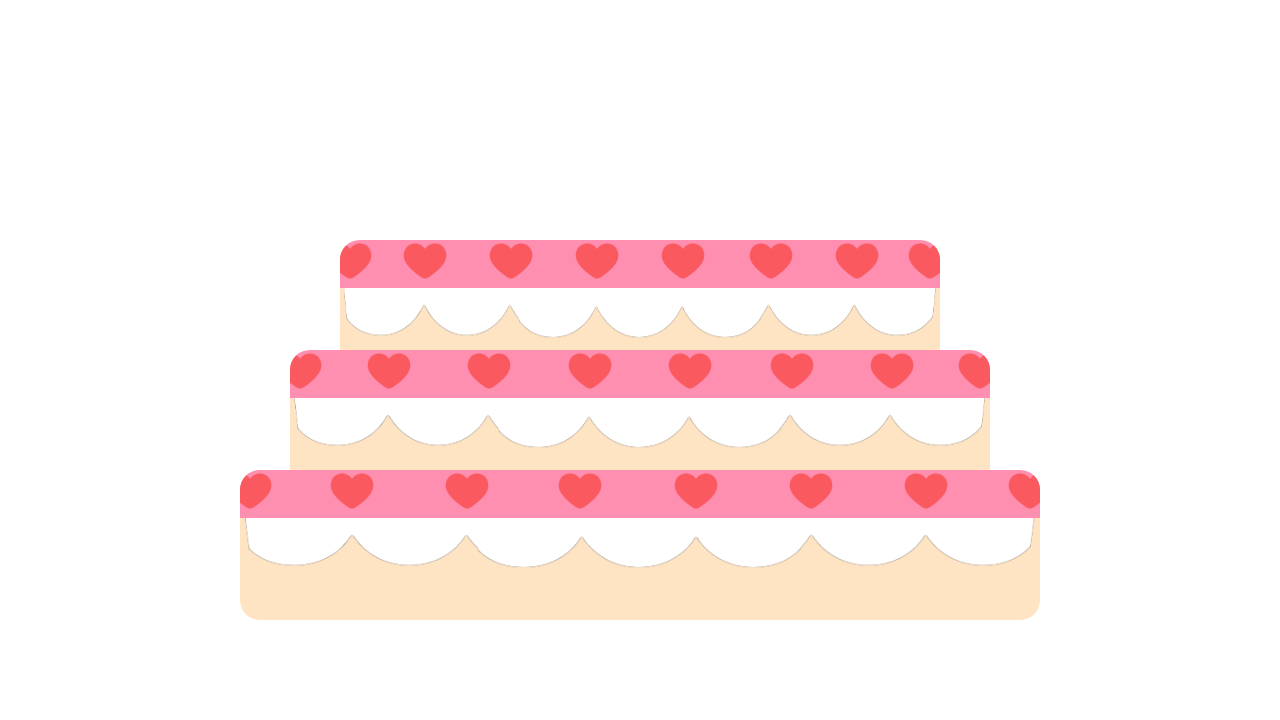
Repository: iphoneboy46/happybirthday
Page: index.html
The author's editor kept a copy of each file at every save. The page is drawn from the files as they stood at one save, then again after the next save.
The browser window is 1280 px wide. The pictures show the whole page.

Above is the page before, as saved 2022-11-28 15:22:23.

### index.html
<!DOCTYPE html>
<html lang="en">
  <head>
    <meta charset="UTF-8" />
    <meta http-equiv="X-UA-Compatible" content="IE=edge" />
    <meta name="viewport" content="width=device-width, initial-scale=1.0" />
    <title>Happy Birthday</title>
    <link rel="stylesheet" href="style.css" />
  </head>
  <body>
    <div class="container">
      <div class="cake">
        <div class="top--cake">
          <div class="img-wavy">
            <img src="image/img1.png" alt="" />
          </div>

          <div class="img-heart-1--top">
            <img src="image/heart.png" alt="" />
          </div>
          <div class="img-heart-2--top">
            <img src="image/heart.png" alt="" />
          </div>
          <div class="img-heart-3--top">
            <img src="image/heart.png" alt="" />
          </div>
          <div class="img-heart-4--top">
            <img src="image/heart.png" alt="" />
          </div>
          <div class="img-heart-5--top">
            <img src="image/heart.png" alt="" />
          </div>
          <div class="img-heart-6--top">
            <img src="image/heart.png" alt="" />
          </div>
          <div class="img-heart-7--top">
            <img src="image/heart.png" alt="" />
          </div>
          <div class="img-heart-8--top">
            <img src="image/heart.png" alt="" />
          </div>

          <div class="border-cake"></div>
        </div>
        <div class="center--cake">
          <div class="img-wavy">
            <img src="image/img1.png" alt="" />
          </div>
          <div class="img-heart-1--center">
            <img src="image/heart.png" alt="" />
          </div>
          <div class="img-heart-2--center">
            <img src="image/heart.png" alt="" />
          </div>
          <div class="img-heart-3--center">
            <img src="image/heart.png" alt="" />
          </div>
          <div class="img-heart-4--center">
            <img src="image/heart.png" alt="" />
          </div>
          <div class="img-heart-5--center">
            <img src="image/heart.png" alt="" />
          </div>
          <div class="img-heart-6--center">
            <img src="image/heart.png" alt="" />
          </div>
          <div class="img-heart-7--center">
            <img src="image/heart.png" alt="" />
          </div>
          <div class="img-heart-8--center">
            <img src="image/heart.png" alt="" />
          </div>

          <div class="border-cake"></div>
        </div>
        <div class="bottom--cake">
          <div class="img-wavy">
            <img src="image/img1.png" alt="" />
          </div>

          <div class="img-heart-1">
            <img src="image/heart.png" alt="" />
          </div>
          <div class="img-heart-2">
            <img src="image/heart.png" alt="" />
          </div>
          <div class="img-heart-3">
            <img src="image/heart.png" alt="" />
          </div>
          <div class="img-heart-4">
            <img src="image/heart.png" alt="" />
          </div>
          <div class="img-heart-5">
            <img src="image/heart.png" alt="" />
          </div>
          <div class="img-heart-6">
            <img src="image/heart.png" alt="" />
          </div>
          <div class="img-heart-7">
            <img src="image/heart.png" alt="" />
          </div>
          <div class="img-heart-8">
            <img src="image/heart.png" alt="" />
          </div>

          <div class="border-cake"></div>
        </div>
      </div>
    </div>
  </body>
</html>

### style.css
*{
    padding: 0;
    margin: 0;
    box-sizing: border-box;
}

.container{
   width: 100%;

   height: 100vh;
   display: flex;
   justify-content: center;
   align-items: flex-end;
}

.cake{
    display: flex;
    flex-direction: column;
    justify-content:center;
    align-items:center
}


.top--cake{
    position: relative;
    overflow: hidden;
    width: 600px;
    height:110px;
    background-color: bisque;
    border-top-left-radius:20px;
    border-top-right-radius:20px;

}



.center--cake{
    position: relative;
    overflow: hidden;
    width: 700px;
    height:120px;
    background-color: bisque;
    border-top-left-radius:20px;
    border-top-right-radius:20px;

}


.bottom--cake{
    position: relative;
    overflow: hidden;
    width: 800px;
    height:150px;
    background-color: bisque;
    border-radius:20px;
    margin-bottom: 100px;
}



.img-wavy{
    width: 100%;
    height: 100px;
}

.img-wavy img{
    width: 100%;
    height: 100%;
}

.img-heart-1{
    z-index: 3;
    position: absolute;
    top: -4px;
    left: -15px;
    width:50px;
    height:50px;
}


.img-heart-1 img{
    width: 100%;
    height: 100%;
}

.img-heart-2{
    z-index: 3;
    position: absolute;
    top: -4px;
    left: 87px;
    width:50px;
    height:50px;
}


.img-heart-2 img{
    width: 100%;
    height: 100%;
}


.img-heart-3{
    z-index: 3;
    position: absolute;
    top: -4px;
    left: 202px;
    width:50px;
    height:50px;
}


.img-heart-3 img{
    width: 100%;
    height: 100%;
}

.img-heart-4{
    z-index: 3;
    position: absolute;
    top: -4px;
    left: 315px;
    width:50px;
    height:50px;
}


.img-heart-4 img{
    width: 100%;
    height: 100%;
}

.img-heart-5{
    z-index: 3;
    position: absolute;
    top: -4px;
    left: 431px;
    width:50px;
    height:50px;
}


.img-heart-5 img{
    width: 100%;
    height: 100%;
}

.img-heart-6{
    z-index: 3;
    position: absolute;
    top: -4px;
    left: 546px;
    width:50px;
    height:50px;
}


.img-heart-6 img{
    width: 100%;
    height: 100%;
}

.img-heart-7{
    z-index: 3;
    position: absolute;
    top: -4px;
    left: 661px;
    width:50px;
    height:50px;
}


.img-heart-7 img{
    width: 100%;
    height: 100%;
}

.img-heart-8{
    z-index: 3;
    position: absolute;
    top: -4px;
    right: -15px;
    width:50px;
    height:50px;
}


.img-heart-8 img{
    width: 100%;
    height: 100%;
}



.border-cake{
    z-index: 2;
    position: absolute;
    top: 0;
    width: 100%;
    height: 48px;
    background-color: #FF8FB1;
}


.img-heart-1--center{
    z-index: 3;
    position: absolute;
    top: -4px;
    left: -15px;
    width:50px;
    height:50px;
}


.img-heart-1--center img{
    width: 100%;
    height: 100%;
}

.img-heart-2--center{
    z-index: 3;
    position: absolute;
    top: -4px;
    left: 74px;
    width:50px;
    height:50px;
}


.img-heart-2--center img{
    width: 100%;
    height: 100%;
}


.img-heart-3--center{
    z-index: 3;
    position: absolute;
    top: -4px;
    left: 174px;
    width:50px;
    height:50px;
}


.img-heart-3--center img{
    width: 100%;
    height: 100%;
}

.img-heart-4--center{
    z-index: 3;
    position: absolute;
    top: -4px;
    left: 275px;
    width:50px;
    height:50px;
}


.img-heart-4--center img{
    width: 100%;
    height: 100%;
}

.img-heart-5--center{
    z-index: 3;
    position: absolute;
    top: -4px;
    left: 375px;
    width:50px;
    height:50px;
}


.img-heart-5--center img{
    width: 100%;
    height: 100%;
}

.img-heart-6--center{
    z-index: 3;
    position: absolute;
    top: -4px;
    left: 477px;
    width:50px;
    height:50px;
}


.img-heart-6--center img{
    width: 100%;
    height: 100%;
}

.img-heart-7--center{
    z-index: 3;
    position: absolute;
    top: -4px;
    left: 577px;
    width:50px;
    height:50px;
}


.img-heart-7--center img{
    width: 100%;
    height: 100%;
}

.img-heart-8--center{
    z-index: 3;
    position: absolute;
    top: -4px;
    right: -15px;
    width:50px;
    height:50px;
}


.img-heart-8--center img{
    width: 100%;
    height: 100%;
}


.img-heart-1--top{
    z-index: 3;
    position: absolute;
    top: -4px;
    left: -15px;
    width:50px;
    height:50px;
}


.img-heart-1--top img{
    width: 100%;
    height: 100%;
}

.img-heart-2--top{
    z-index: 3;
    position: absolute;
    top: -4px;
    left: 60px;
    width:50px;
    height:50px;
}


.img-heart-2--top img{
    width: 100%;
    height: 100%;
}


.img-heart-3--top{
    z-index: 3;
    position: absolute;
    top: -4px;
    left: 146px;
    width:50px;
    height:50px;
}


.img-heart-3--top img{
    width: 100%;
    height: 100%;
}

.img-heart-4--top{
    z-index: 3;
    position: absolute;
    top: -4px;
    left: 232px;
    width:50px;
    height:50px;
}


.img-heart-4--top img{
    width: 100%;
    height: 100%;
}

.img-heart-5--top{
    z-index: 3;
    position: absolute;
    top: -4px;
    left: 318px;
    width:50px;
    height:50px;
}


.img-heart-5--top img{
    width: 100%;
    height: 100%;
}

.img-heart-6--top{
    z-index: 3;
    position: absolute;
    top: -4px;
    left: 406px;
    width:50px;
    height:50px;
}


.img-heart-6--top img{
    width: 100%;
    height: 100%;
}

.img-heart-7--top{
    z-index: 3;
    position: absolute;
    top: -4px;
    left: 492px;
    width:50px;
    height:50px;
}


.img-heart-7--top img{
    width: 100%;
    height: 100%;
}

.img-heart-8--top{
    z-index: 3;
    position: absolute;
    top: -4px;
    right: -15px;
    width:50px;
    height:50px;
}


.img-heart-8--top img{
    width: 100%;
    height: 100%;
}

After the next save:
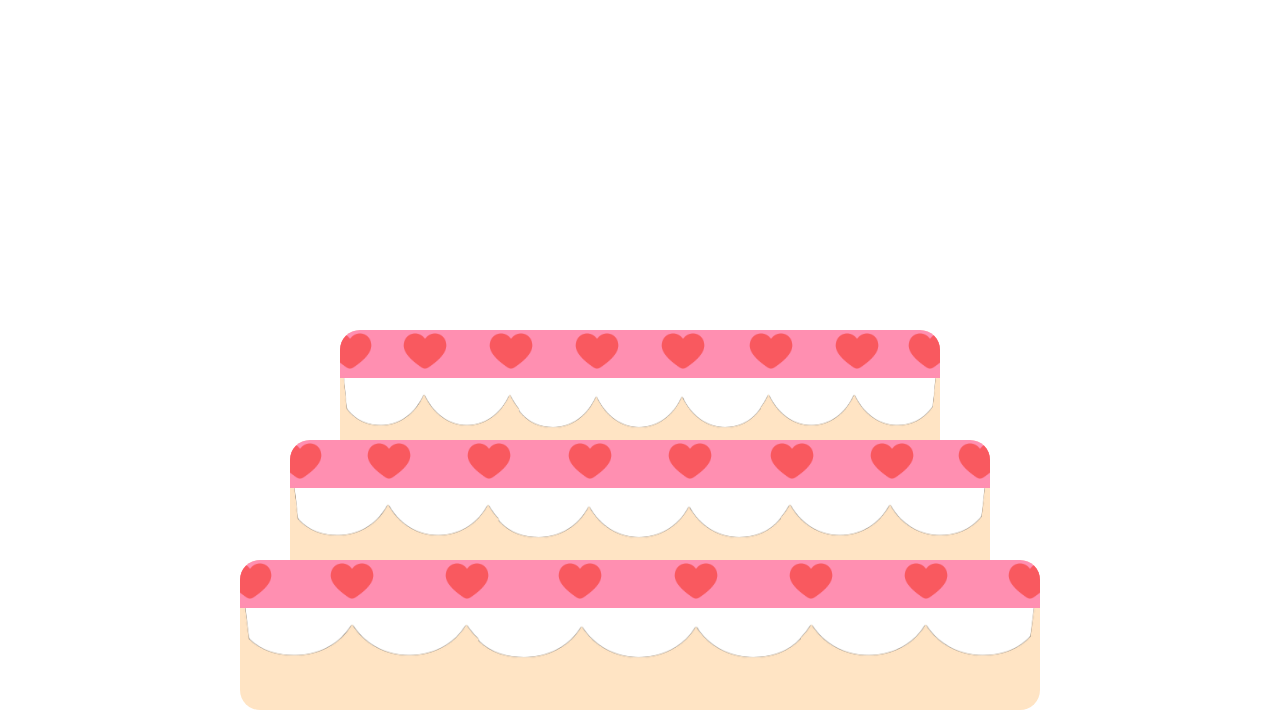
Saved 31 s later.
--- a/style.css
+++ b/style.css
@@ -53,7 +53,7 @@
     height:150px;
     background-color: bisque;
     border-radius:20px;
-    margin-bottom: 100px;
+    margin-bottom: 10px;
 }
 
 
